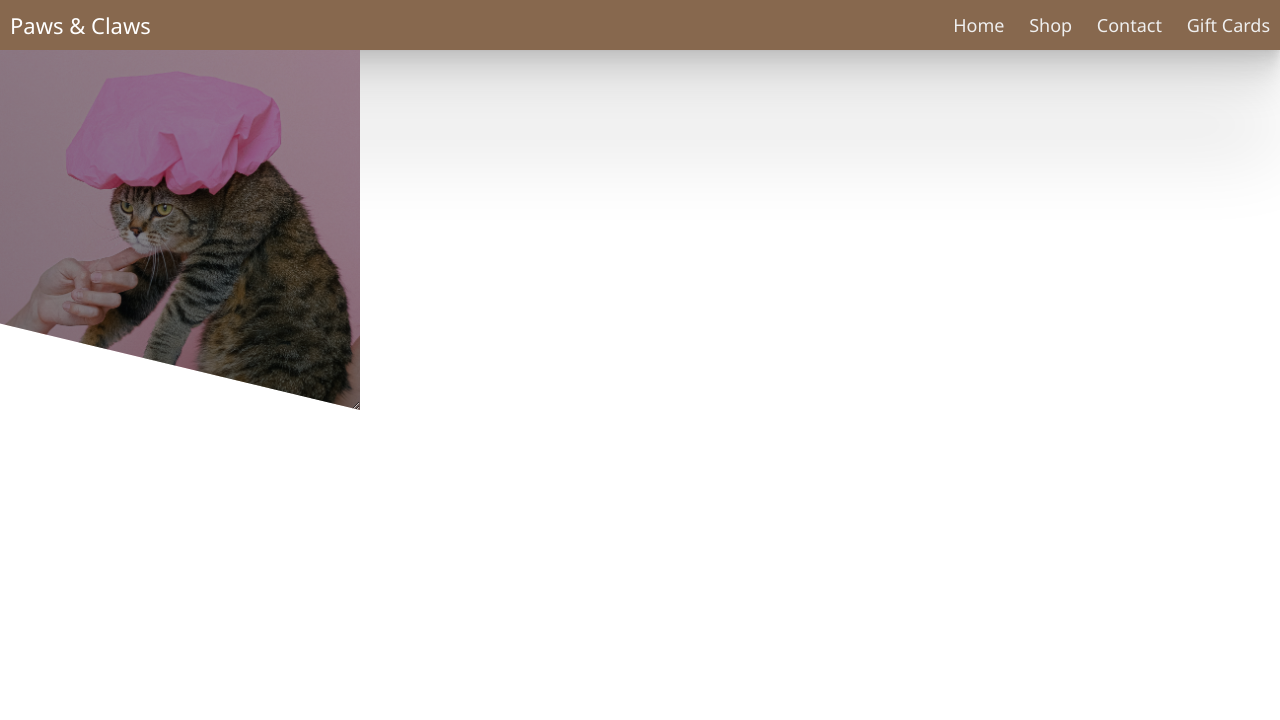
Repository: LtGriff/petProject
Page: dist/about.html
These files come from the project's save history. The page is drawn as it stood at one moment and after the next save; the edit follows.
The browser window is 1280 px wide. The pictures show the whole page.

Above is the page before, as saved 2022-05-19 07:51:32.

### dist/about.html
<!DOCTYPE html>
<html lang="en">
<head>
    <meta charset="UTF-8">
    <meta http-equiv="X-UA-Compatible" content="IE=edge">
    <meta name="viewport" content="width=device-width, initial-scale=1.0">
    <link rel="stylesheet" type="text/css" href="../CSS/about.css">
    <title>About the Animal House</title>
</head>
<body>
<!-------------NAV***************BAR----------------------->

    <div class="nav">
        <input type="checkbox" id="nav-check">
        <div class="nav-header">
          <div class="nav-title">
            Paws & Claws
          </div>
        </div>
        <div class="nav-btn">
          <label for="nav-check">
            <span></span>
            <span></span>
            <span></span>
          </label>
        </div>

        <div class="nav-links">
          <a href="index.html" target="">Home</a>
          <a href="shop.html" target="_blank">Shop</a>
          <a href="contact.html" target="_blank">Contact</a>
          <a href="giftcard.html" target="_blank">Gift Cards</a>
        </div>
      </div>

    <!-------------NAV*******BAR********END----------------------->


 <!------------------HEADER*******SECTION---------------------->


 <div class="dogfield"></div>

 <header id="header-section">
  <div class="header-text container">
      <h1>New Pets Get <br> 50%  Off On Products!</h1>
      <p>
         New pets require fresh food, toys, grooming products, medcine and maybe even clothing!<br> Luckily we have all that and can provide a hefty discount when you adopt with us!
      </p>
      <input id="userInput" type="email" placeholder="Your Email Address" required>
      <a class="cta" href="#">Sign Up</a>
      <p id="error">Please provide a valid email address</p>
  </div>
</header>










</body>
</html>

### dist/CSS/about.css
/** NAV BAR **/

* {
    box-sizing: border-box;
  }

  body {
    margin: 0px;
    font-family: 'segoe ui';
  }

  .nav {
    height: 50px;
    width: 100%;
    background-color: #87684e;

  /**
    opacity: .5;
    filter: alpha(opacity=50);
    position: relative;**/
    /* z-index: ; */


    box-shadow:
    0 2.8px 2.2px rgba(0, 0, 0, 0.034),
    0 6.7px 5.3px rgba(0, 0, 0, 0.048),
    0 12.5px 10px rgba(0, 0, 0, 0.06),
    0 22.3px 17.9px rgba(11, 4, 4, 0.072),
    0 41.8px 33.4px rgba(0, 0, 0, 0.086),
    0 100px 80px rgba(0, 0, 0, 0.12);
  }

  .nav > .nav-header {
    display: inline;
  }

  .nav > .nav-header > .nav-title {
    display: inline-block;
    font-size: 22px;
    color: #fff;
    padding: 10px 10px 10px 10px;
  }

  .nav > .nav-btn {
    display: none;
  }

  .nav > .nav-links {
    display: inline;
    float: right;
    z-index: 9;
    font-size: 18px;
  }

  .nav > .nav-links > a {
    display: inline-block;
    padding: 13px 10px 13px 10px;
    text-decoration: none;
    color: #efefef;
  }

  .nav > .nav-links > a:hover {
    background-color: rgba(0, 0, 0, 0.3);
  }

  .nav > #nav-check {
    display: none;
  }


 /** HEADER SECTION **/

#header-section{
    height: 90vh;
    background-image: linear-gradient(
        to left bottom,
        rgba(0, 0, 0, 0.4),
        rgba(0, 0, 0, 0.5)),
    url("../img/catpink.jpg");
    background-size: cover;
    width: 360px;
    height: 360px;
    resize: both;
    overflow: scroll;
    clip-path: polygon(0% 0%,100% 0%,100% 100%,0% 76%);

  }



  .header-text {
    position: absolute;
    top: 28%;
    right: 10%;
    color: #ffffff;
  }

  .header-text h1 {
    font-size: 4rem;
    font-weight: 500;
  }

  .header-text p {
    margin-bottom: 1rem;
  }

  #header-section input {
    width: 225px;
    height: 3.5rem;
    border-radius: 0.4rem;
    border: none;
    padding: 0.5rem 3rem;
  }

  .cta {
    background-color: #87684e;
    padding: 0.8rem 4rem;
    border-radius: 0.4rem;
    color: #fff;
    font-weight: 400;
  }

  .cta:hover {
    transform: translateY(-3px);
    box-shadow: 0 1rem 2rem rgba(0, 0, 0, .2);
  }

  .cta:active {
    transform: translateY(-1px);
    box-shadow: 0 .5rem 1rem rgba(0, 0, 0, .2);
  }

  .cta::after {
    content: "";
    display: inline-block;
    height: 100%;
    width: 100%;
    border-radius: 10rem;
    position: absolute;
    top: 0;
    left: 0;
    z-index: -1;
    transition: all .4s;
  }

  .cta:hover::after {
    transform: scaleX(1.4) scaleY(1.6);
    opacity: 0;
  }

  #error {
    color: red;
    font-weight: 600;
    display: none;
    margin-top: 1rem;
    transition: all 0.5s ease-in;
  }

@media (max-width:600px) {
    .nav > .nav-btn {
      display: inline-block;
      position: absolute;
      right: 0px;
      top: 0px;
    }
    .nav > .nav-btn > label {
      display: inline-block;
      width: 50px;
      height: 50px;
      padding: 13px;
    }
    .nav > .nav-btn > label:hover,.nav  #nav-check:checked ~ .nav-btn > label {
      background-color: rgba(0, 0, 0, 0.3);
    }
    .nav > .nav-btn > label > span {
      display: block;
      width: 25px;
      height: 10px;
      border-top: 2px solid #eee;
    }
    .nav > .nav-links {
      position: absolute;
      display: block;
      width: 100%;
      background: rgb(234,212,189);
      background: linear-gradient(7deg, rgba(234,212,189,1) 0%, rgba(204,175,140,1) 24%, rgba(191,161,124,1) 64%, rgba(135,104,78,1) 98%);
      height: 0px;
      transition: all 0.3s ease-in;
      overflow-y: hidden;
      top: 50px;
      left: 0px;
    }
    .nav > .nav-links > a {
      display: block;
      width: 100%;
    }
    .nav > #nav-check:not(:checked) ~ .nav-links {
      height: 0px;
    }
    .nav > #nav-check:checked ~ .nav-links {
      height: calc(28vh - 50px);
      overflow-y: auto;
    }

  }

After the next save:
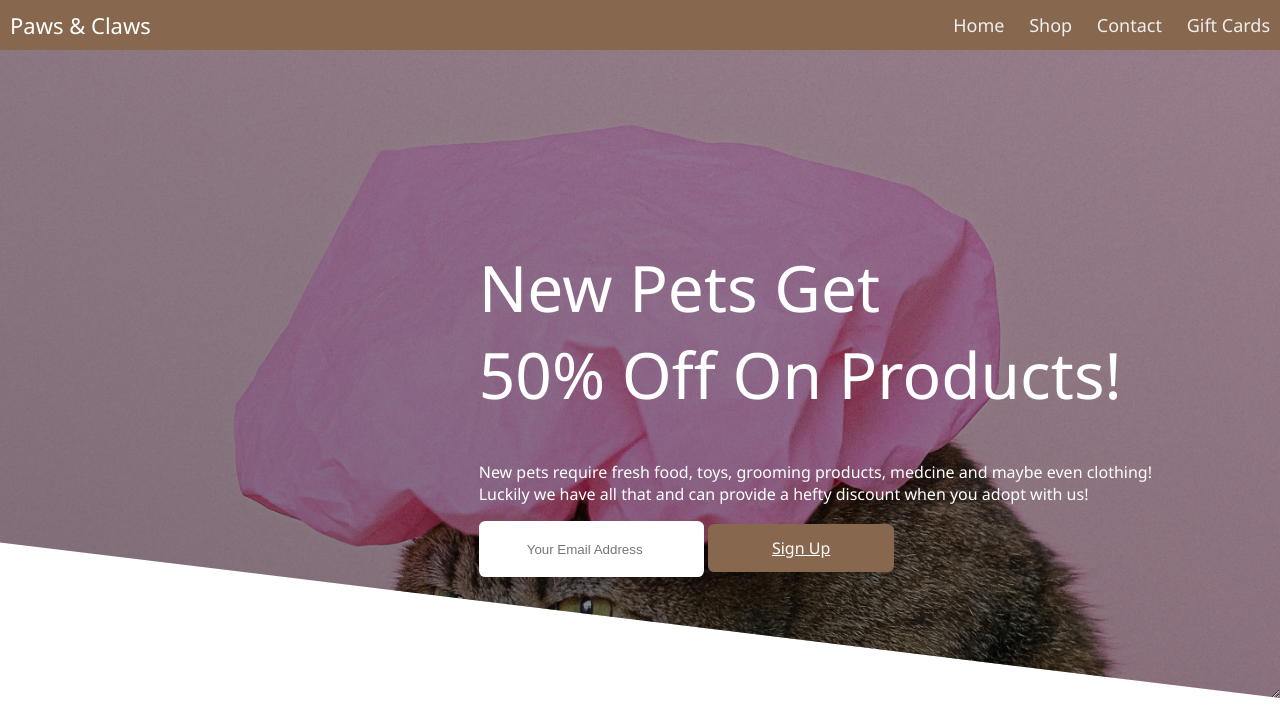
Saved 13 s later.
--- a/dist/CSS/about.css
+++ b/dist/CSS/about.css
@@ -78,7 +78,7 @@
         rgba(0, 0, 0, 0.5)),
     url("../img/catpink.jpg");
     background-size: cover;
-    width: 360px;
+    width:auto
     height: 360px;
     resize: both;
     overflow: scroll;
